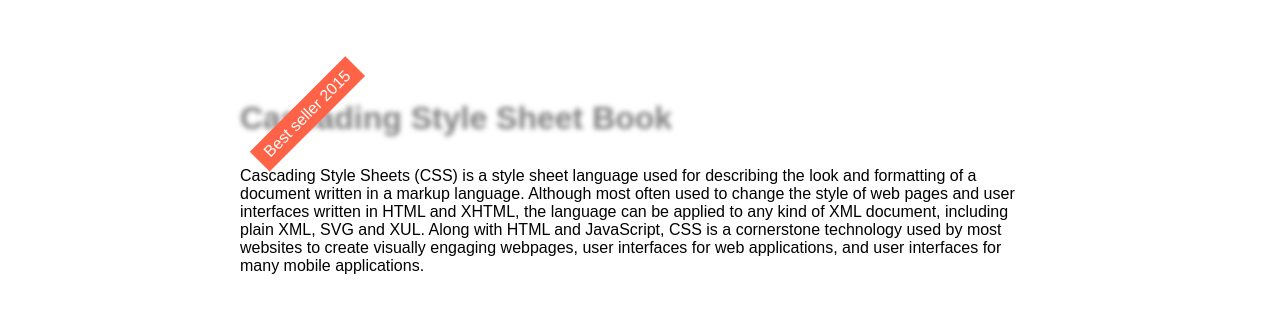
Repository: G1tHub-zer0/BTTH
Page: BTCSS/bai12.html
The author's editor kept a copy of each file at every save. The page is drawn from the files as they stood at one save, then again after the next save.
The browser window is 1280 px wide. The pictures show the whole page.

Above is the page before, as saved 2024-03-22 19:17:40.

### BTCSS/bai12.html
<!DOCTYPE html>
<html lang='en'>

<head>
    <meta charset='UTF-8'>
    <meta http-equiv='X-UA-Compatible' content='IE=edge'>
    <meta name='viewport' content='width=device-width, initial-scale=1.0'>
    <link rel='stylesheet' href='bai12.css'>
    <title></title>
</head>

<body>
    <div class="container">
        <div class="ribbon">Best seller 2015</div>
        <h1>Cascading Style Sheet Book</h1>
        <p>
            Cascading Style Sheets (CSS) is a style sheet language used for describing the look and formatting of a
            document written in a markup language. Although most often used to change the style of web pages and user
            interfaces written in HTML and XHTML, the language can be applied to any kind of XML document, including
            plain XML, SVG and XUL. Along with HTML and JavaScript, CSS is a cornerstone technology used by most
            websites to create visually engaging webpages, user interfaces for web applications, and user interfaces for
            many mobile applications.
        </p>
    </div>
</body>

</html>

### BTCSS/bai12.css
body {
  margin: 0 auto;
  max-width: 800px;
  font-family: Arial, sans-serif;
  box-sizing: border-box;
  padding: 0;
}
h1 {
  color: transparent; /* Làm chữ trở thành trong suốt */
  text-shadow: 0 0 5px rgba(0, 0, 0, 0.5); /* Áp dụng shadow mờ */
}
p {
  margin-top: 30px;
}
.container {
  margin-top: 100px;
}
.ribbon {
  position: absolute;
  top: 5;
  left: 100;
  background-color: #ff6347;
  color: #fff;
  padding: 5px 10px;
  transform: rotate(-45deg);
}

After the next save:
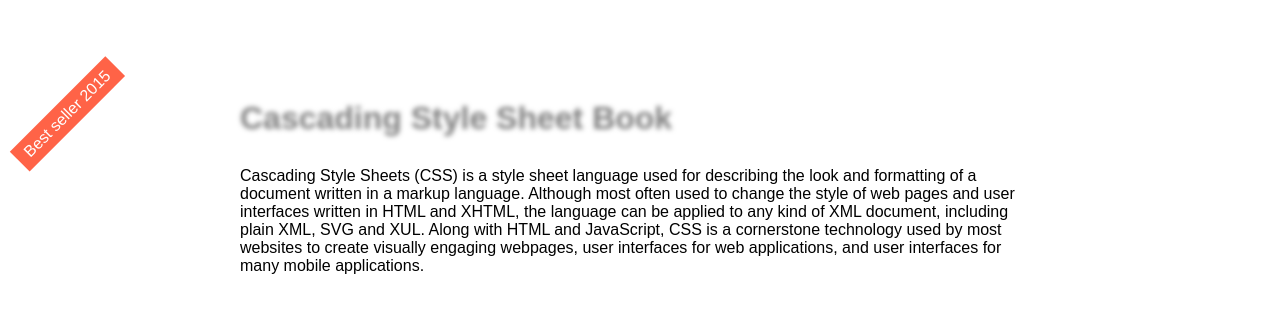
Saved 4 s later.
--- a/BTCSS/bai12.css
+++ b/BTCSS/bai12.css
@@ -18,7 +18,7 @@
 .ribbon {
   position: absolute;
   top: 5;
-  left: 100;
+  left: 0;
   background-color: #ff6347;
   color: #fff;
   padding: 5px 10px;

After the save that followed:
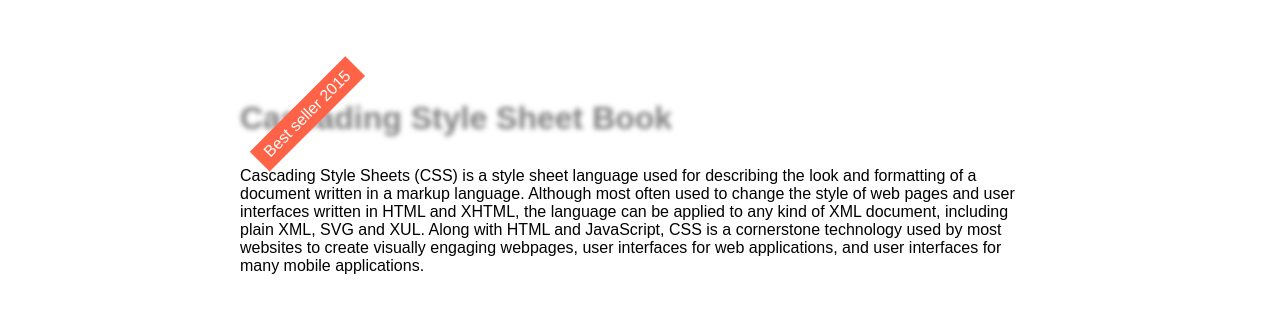
Saved 4 s later.
--- a/BTCSS/bai12.css
+++ b/BTCSS/bai12.css
@@ -18,7 +18,7 @@
 .ribbon {
   position: absolute;
   top: 5;
-  left: 0;
+  left: 10;
   background-color: #ff6347;
   color: #fff;
   padding: 5px 10px;
